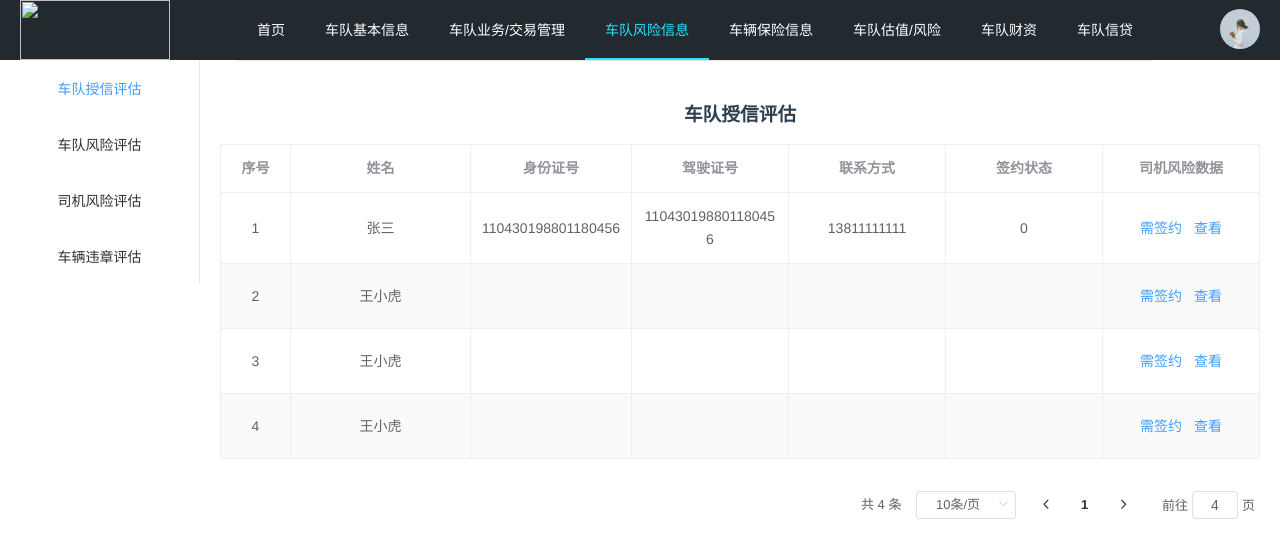
Repository: TheWomanLiketheWind/woodpecker
Page: /
The author's editor kept a copy of each file at every save. The page is drawn from the files as they stood at one save, then again after the next save.
The browser window is 1280 px wide. The pictures show the whole page.
The project was rebuilt for these pictures with package versions that can differ from the ones it lists, and the page was loaded fresh each time. Also part of the build but not shown: src/views/menuThird.vue.

Above is the page before, as saved 2019-07-25 21:09:15.

After the next save:
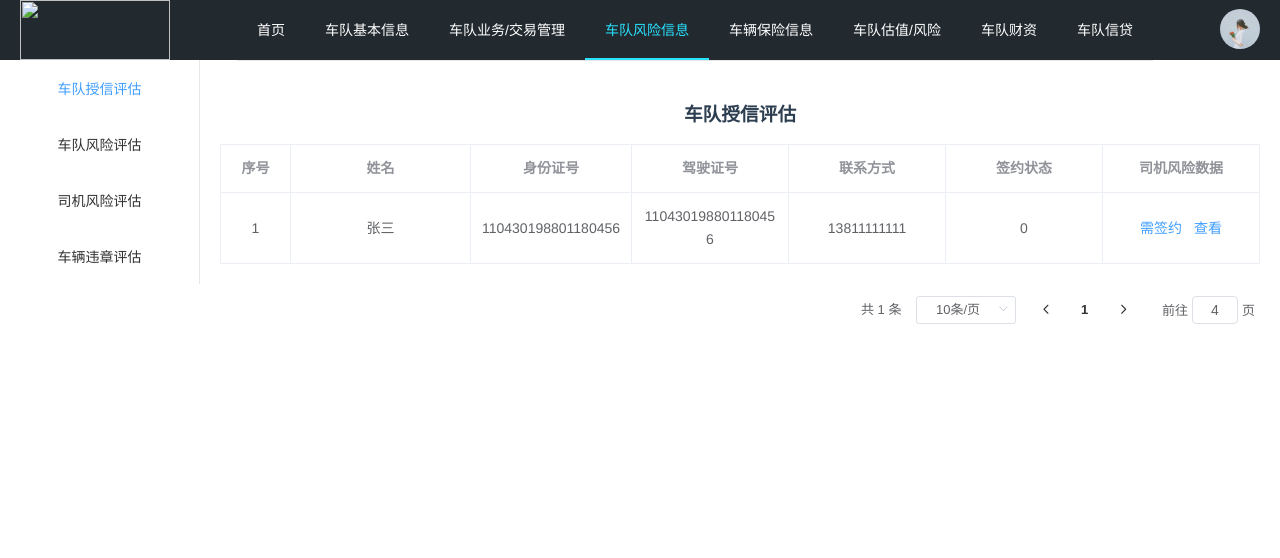
Saved 4 s later.
--- a/src/views/menuSecond.vue
+++ b/src/views/menuSecond.vue
@@ -78,21 +78,6 @@ export default Vue.extend({
           driveId: "110430198801180456",
           tel: "13811111111",
           signType: 0
-        },
-        {
-          date: "2016-05-04",
-          name: "王小虎",
-          address: "上海市普陀区金沙江路 1517 弄"
-        },
-        {
-          date: "2016-05-01",
-          name: "王小虎",
-          address: "上海市普陀区金沙江路 1519 弄"
-        },
-        {
-          date: "2016-05-03",
-          name: "王小虎",
-          address: "上海市普陀区金沙江路 1516 弄"
         }
       ]
     };
